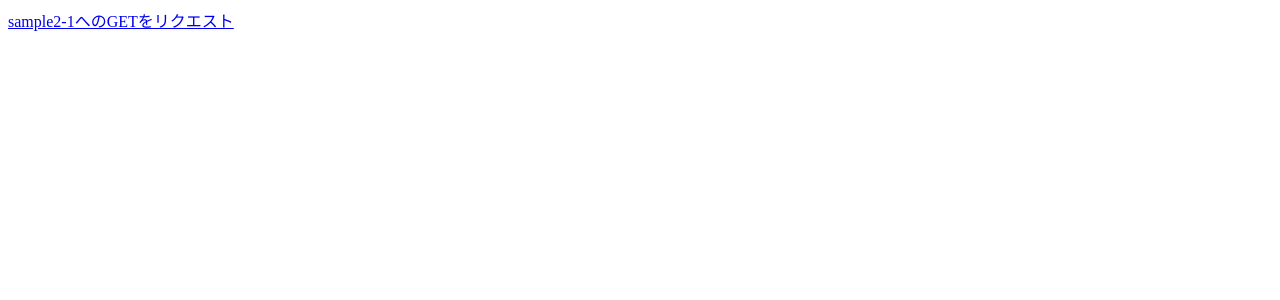
Repository: e1b21069/team2
Page: .log/team2/src/main/resources/static/index.html
An editor plug-in stored every save of this project. The page is shown before and after the next save, followed by the edit.
The browser window is 1280 px wide. The pictures show the whole page.

Above is the page before, as saved 2023-10-31 15:14:13.

### .log/team2/src/main/resources/static/index.html
<!DOCTYPE html>
<html>

<head>
  <meta charset="utf-8">
  <title>SpringBoot Samples</title>
</head>

<body>
  <a href="/sample21">sample2-1へのGETをリクエスト</a><br>
</body>

</html>

After the next save:
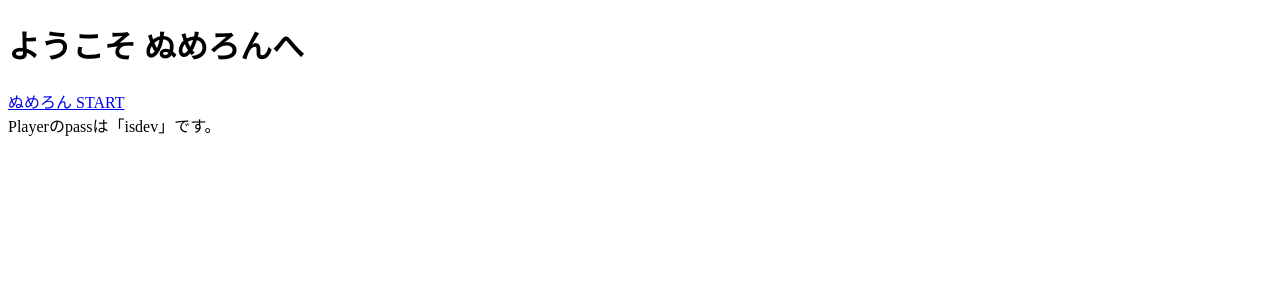
Saved 6 days later.
--- a/.log/team2/src/main/resources/static/index.html
+++ b/.log/team2/src/main/resources/static/index.html
@@ -7,7 +7,11 @@
 </head>
 
 <body>
-  <a href="/sample21">sample2-1へのGETをリクエスト</a><br>
+  <h1>
+    ようこそ ぬめろんへ
+  </h1>
+  <a href="/numeron">ぬめろん START</a><br>
+  Playerのpassは「isdev」です。<br>
 </body>
 
 </html>
